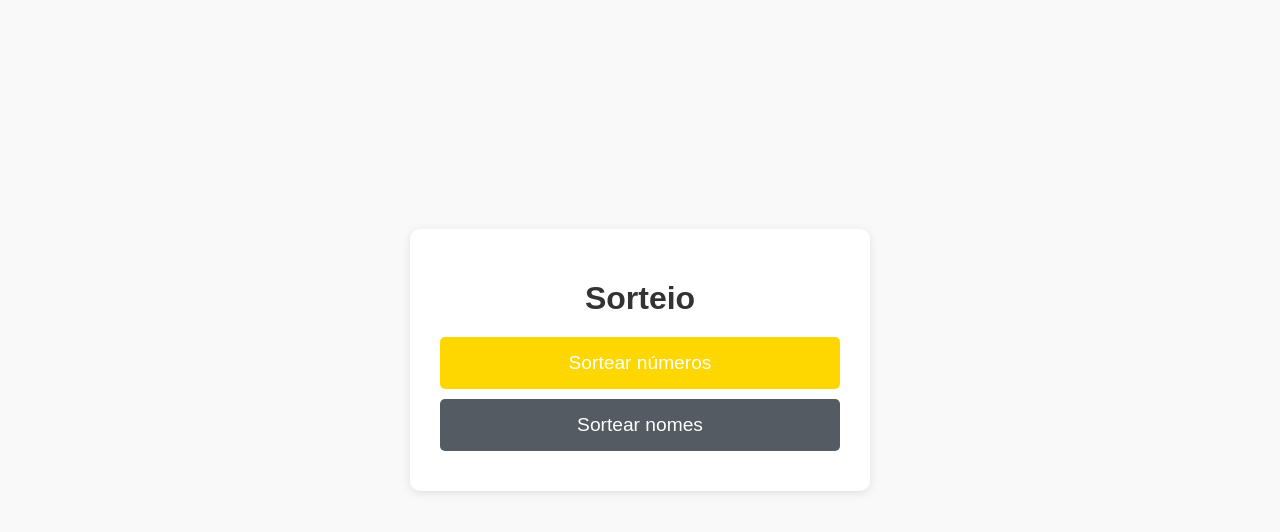
Repository: Matheus904-12/sorte
Page: index.html
These files come from the project's save history. The page is drawn as it stood at one moment and after the next save; the edit follows.
The browser window is 1280 px wide. The pictures show the whole page.
The pointer rests on the first visible `.options a:last-child`.

Above is the page before, as saved 2023-09-10 19:28:09.

### index.html
<!DOCTYPE html>
<html lang="pt-br">
<head>
  <meta charset="UTF-8">
  <title>Sorteio</title>
  <link rel="stylesheet" href="style.css">
<script> src="main.js" </script>
</head>
<body>
  <div class="container">
    <h1>Sorteio</h1>
    <div class="options">
      <a href="sorteio-numeros.html" class="option">Sortear números</a>
      <a href="sorteio-nomes.html" class="option">Sortear nomes</a>
    </div>
  </div>
</body>
</html>

### style.css
body {
  font-family: 'Arial', sans-serif;
  background-color: #f9f9f9;
  margin: 0;
  display: flex;
  justify-content: center;
  align-items: center;
  height: 100vh;
}

.container {
  background-color: #fff;
  border-radius: 10px;
  box-shadow: 0 2px 10px rgba(0, 0, 0, 0.1);
  padding: 30px;
  max-width: 400px;
  width: 100%;
  text-align: center;
}

h1 {
  font-size: 2em;
  margin-bottom: 20px;
  color: #333;
}

.options a {
  display: block;
  text-decoration: none;
  margin: 10px 0;
  padding: 15px 0;
  border-radius: 5px;
  background-color: #ffd700;
  color: #fff;
  font-size: 1.2em;
  transition: background-color 0.3s;
}

.options a:hover {
  background-color: #ffbb2f;
}

.options a:last-child {
  background-color: #008000;
}

.options a:last-child:hover {
  background-color: #545b62;
}

a.btn-secondary {
  color: #fff;
  border: none;
  background-color: #6c757d;
  border-radius: 5px;
  text-decoration: none;
  font-size: 1.2em;
  padding: 10px 20px;
  transition: background-color 0.3s;
}

a.btn-secondary:hover {
  background-color: #545b62;
}

After the next save:
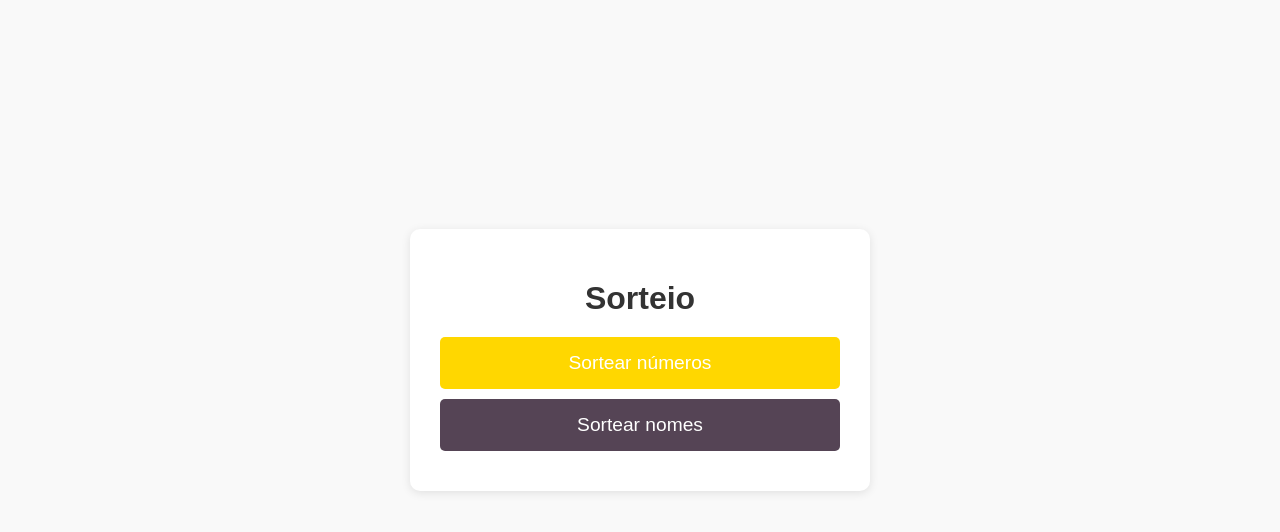
Saved 15 s later.
--- a/style.css
+++ b/style.css
@@ -45,7 +45,7 @@ h1 {
 }
 
 .options a:last-child:hover {
-  background-color: #545b62;
+  background-color: #545;
 }
 
 a.btn-secondary {
